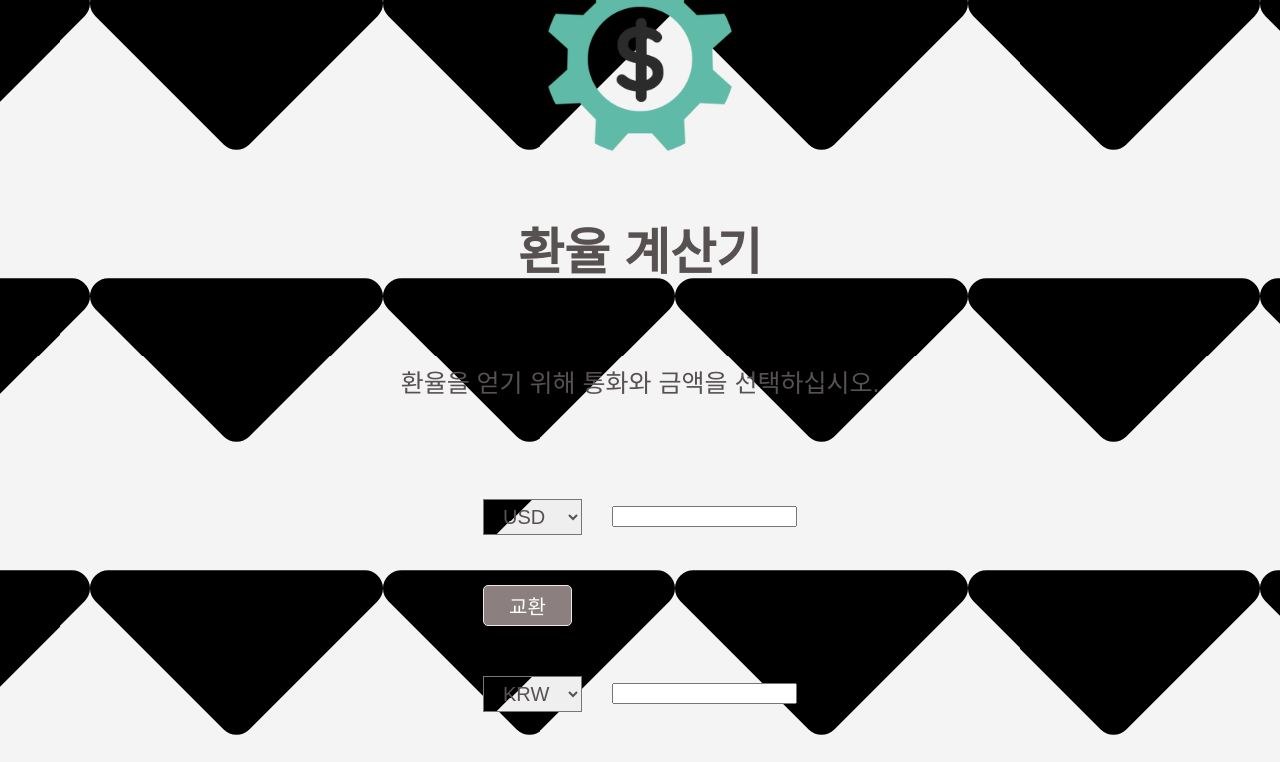
Repository: AbrorjonKuchkarov/exchange-rate
Page: index.html
The author's editor kept a copy of each file at every save. The page is drawn from the files as they stood at one save, then again after the next save.
The browser window is 1280 px wide. The pictures show the whole page.

Above is the page before, as saved 2022-02-24 01:39:48.

### index.html
<!DOCTYPE html>
<html lang="en">
<head>
   <meta charset="UTF-8">
   <meta http-equiv="X-UA-Compatible" content="IE=edge">
   <meta name="viewport" content="width=device-width, initial-scale=1.0">
<link rel="stylesheet" href="style.css">
   <title>환율</title>
</head>
<body>
   <img src="img/money.png" alt="">
   <h1>환율 계산기 </h1>
   <p>환율을 얻기 위해 통화와 금액을 선택하십시오.</p>

   <div class="container">
      <div class="currency">
         <select id="selectOne">
            <option value="AED">AED</option>
            <option value="ARS">ARS</option>
            <option value="AUD">AUD</option>
            <option value="BGN">BGN</option>
            <option value="BRL">BRL</option>
            <option value="BSD">BSD</option>
            <option value="CAD">CAD</option>
            <option value="CHF">CHF</option>
            <option value="CLP">CLP</option>
            <option value="CNY">CNY</option>
            <option value="COP">COP</option>
            <option value="CZK">CZK</option>
            <option value="DKK">DKK</option>
            <option value="DOP">DOP</option>
            <option value="EGP">EGP</option>
            <option value="EUR">EUR</option>
            <option value="FJD">FJD</option>
            <option value="GBP">GBP</option>
            <option value="GTQ">GTQ</option>
            <option value="HKD">HKD</option>
            <option value="HRK">HRK</option>
            <option value="HUF">HUF</option>
            <option value="IDR">IDR</option>
            <option value="ILS">ILS</option>
            <option value="INR">INR</option>
            <option value="ISK">ISK</option>
            <option value="JPY">JPY</option>
            <option value="KRW">KRW</option>
            <option value="KZT">KZT</option>
            <option value="MXN">MXN</option>
            <option value="MYR">MYR</option>
            <option value="NOK">NOK</option>
            <option value="NZD">NZD</option>
            <option value="PAB">PAB</option>
            <option value="PEN">PEN</option>
            <option value="PHP">PHP</option>
            <option value="PKR">PKR</option>
            <option value="PLN">PLN</option>
            <option value="PYG">PYG</option>
            <option value="RON">RON</option>
            <option value="RUB">RUB</option>
            <option value="SAR">SAR</option>
            <option value="SEK">SEK</option>
            <option value="SGD">SGD</option>
            <option value="THB">THB</option>
            <option value="TRY">TRY</option>
            <option value="TWD">TWD</option>
            <option value="UAH">UAH</option>
            <option value="USD" selected>USD</option>
            <option value="UYU">UYU</option>
            <option value="VND">VND</option>
            <option value="ZAR">ZAR</option>
         </select>
         <input type="number" class="inputOne" >
      </div>

      <div class="swap">
         <button class="btn">교환</button>
         <div class="rate"></div>
      </div>

      <div class="currency">
         <select id="selectTwo">
         <option value="AED">AED</option>
         <option value="ARS">ARS</option>
         <option value="AUD">AUD</option>
         <option value="BGN">BGN</option>
         <option value="BRL">BRL</option>
         <option value="BSD">BSD</option>
         <option value="CAD">CAD</option>
         <option value="CHF">CHF</option>
         <option value="CLP">CLP</option>
         <option value="CNY">CNY</option>
         <option value="COP">COP</option>
         <option value="CZK">CZK</option>
         <option value="DKK">DKK</option>
         <option value="DOP">DOP</option>
         <option value="EGP">EGP</option>
         <option value="EUR">EUR</option>
         <option value="FJD">FJD</option>
         <option value="GBP">GBP</option>
         <option value="GTQ">GTQ</option>
         <option value="HKD">HKD</option>
         <option value="HRK">HRK</option>
         <option value="HUF">HUF</option>
         <option value="IDR">IDR</option>
         <option value="ILS">ILS</option>
         <option value="INR">INR</option>
         <option value="ISK">ISK</option>
         <option value="JPY">JPY</option>
         <option value="KRW" selected>KRW</option>
         <option value="KZT">KZT</option>
         <option value="MXN">MXN</option>
         <option value="MYR">MYR</option>
         <option value="NOK">NOK</option>
         <option value="NZD">NZD</option>
         <option value="PAB">PAB</option>
         <option value="PEN">PEN</option>
         <option value="PHP">PHP</option>
         <option value="PKR">PKR</option>
         <option value="PLN">PLN</option>
         <option value="PYG">PYG</option>
         <option value="RON">RON</option>
         <option value="RUB">RUB</option>
         <option value="SAR">SAR</option>
         <option value="SEK">SEK</option>
         <option value="SGD">SGD</option>
         <option value="THB">THB</option>
         <option value="TRY">TRY</option>
         <option value="TWD">TWD</option>
         <option value="UAH">UAH</option>
         <option value="USD">USD</option>
         <option value="UYU">UYU</option>
         <option value="VND">VND</option>
         <option value="ZAR">ZAR</option>
      </select>
      <input type="number" class="inputTwo" >
      </div>
   </div>




   <script src="app.js"></script>
</body>
</html>

### style.css
*{
   box-sizing: border-box;
}

body {
   font-family: Arial, Helvetica, sans-serif;
   margin: 0;
   display: flex;
   flex-direction: column;
   align-items: center;
   justify-content: center;
   height: 100vh;
   background-color: #f4f4f4;
   padding: 10px;
   background-image: url('data:[embedded picture, 475 characters]');
   background-position: right 20px top 50%;
}

img {
   width: 200px;
}

h1{
   font-size: 50px;
   color: #575151;
   padding: 20px 0;
}

p{
   color: #575151;
   font-size: 25px;
   padding-bottom: 25px;
   text-align: center;
}

.btn{
   padding: 5px 25px;
   border-radius: 5px;
   border: 1px solid #f0e6e6;
   background-color: #8b7f7f;
   color: #fff;
   cursor: pointer;
   font-size: 20px;
}

.currency {
   margin: 30px 0;
   padding: 20px 0;
    display: flex;
   align-items: center;
   justify-content: space-between;
}

#selectOne,
#selectTwo{
   margin-right: 30px;
   font-size: 20px;
   color: #575151;
   padding: 5px 15px;
   background-image: url('data:[embedded picture, 475 characters]');
   background-position: right 10px top 50%;

}

Loaded but not shown: app.js (no copy from this time; the picture is the same without it)

After the next save:
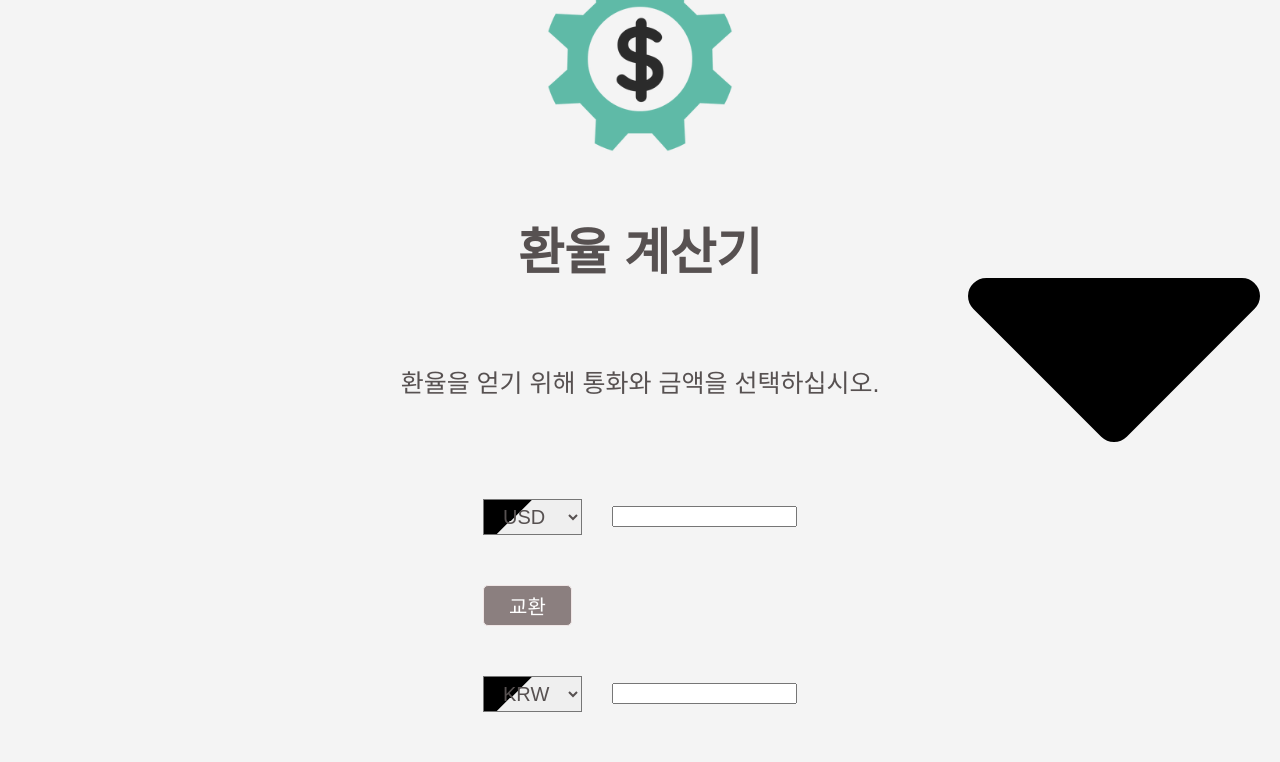
Saved 23 s later.
--- a/style.css
+++ b/style.css
@@ -14,6 +14,7 @@ body {
    padding: 10px;
    background-image: url('data:[embedded picture, 475 characters]');
    background-position: right 20px top 50%;
+   background-repeat: no-repeat;
 }
 
 img {
